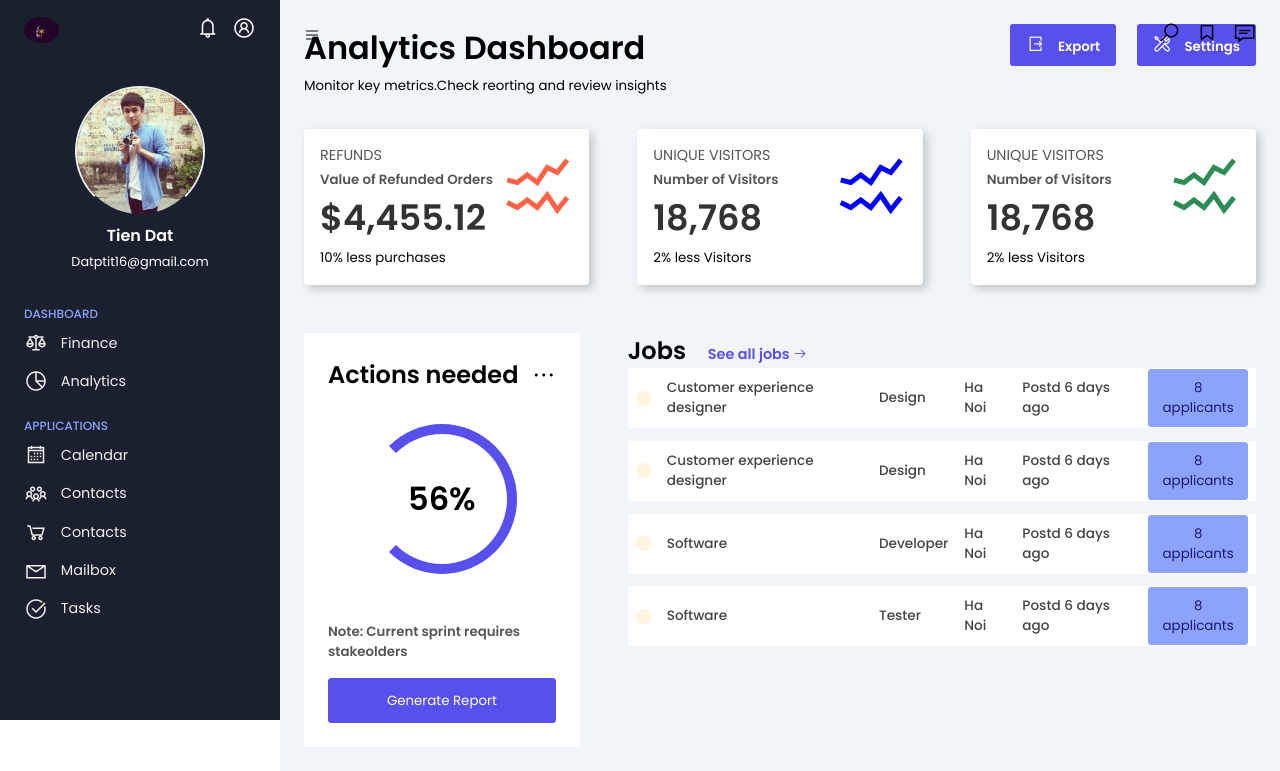
Repository: Datt21/dashboard-fe-project
Page: index.html
An editor plug-in stored every save of this project. The page is shown before and after the next save, followed by the edit.
The browser window is 1280 px wide. The pictures show the whole page.

Above is the page before, as saved 2021-06-08 20:19:42.

After the next save:
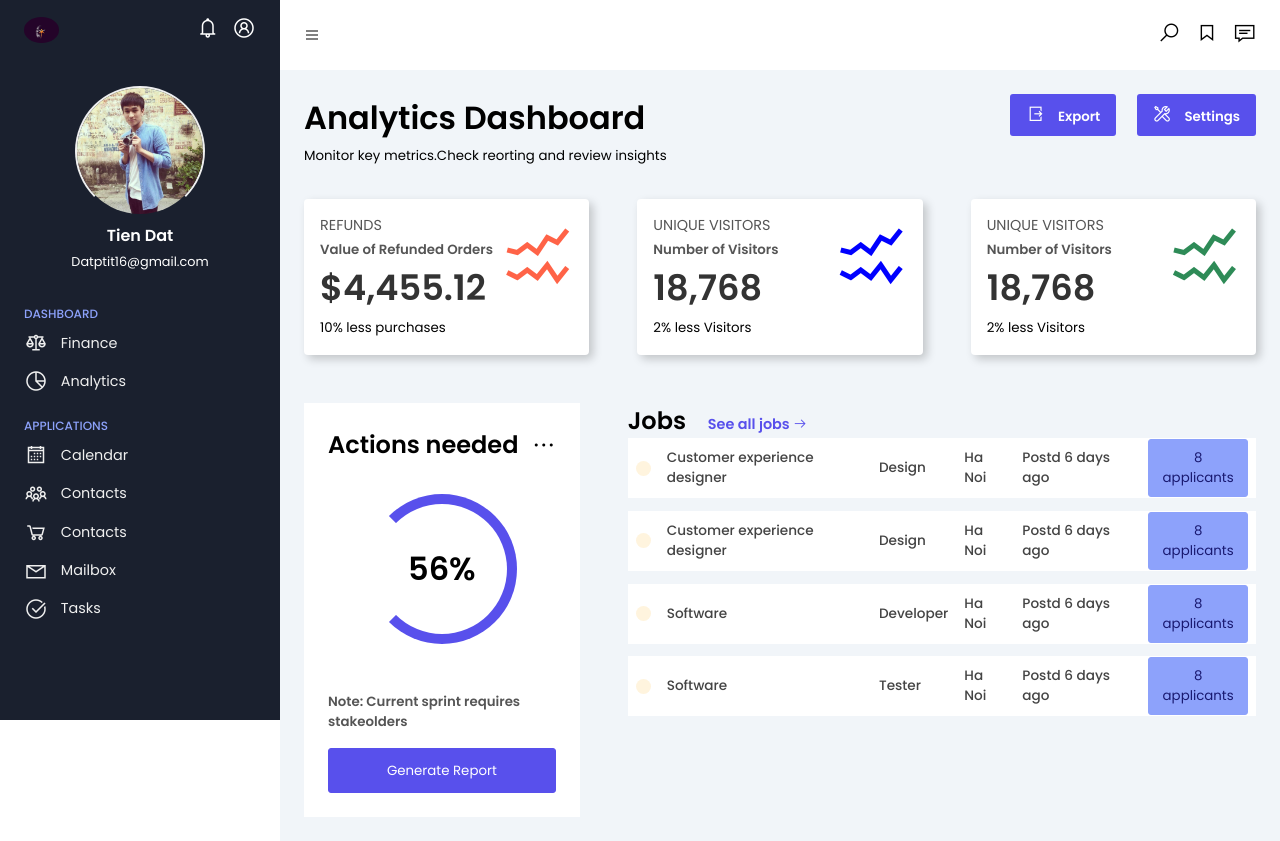
Saved 31 s later.
--- a/assets/css/style.css
+++ b/assets/css/style.css
@@ -142,6 +142,7 @@ main {
     padding: 1.5rem;
     background: #f1f5f9;
     min-height: calc(100vh - 70px);
+    margin-top: 70px;
 }
 
 .page__header {
